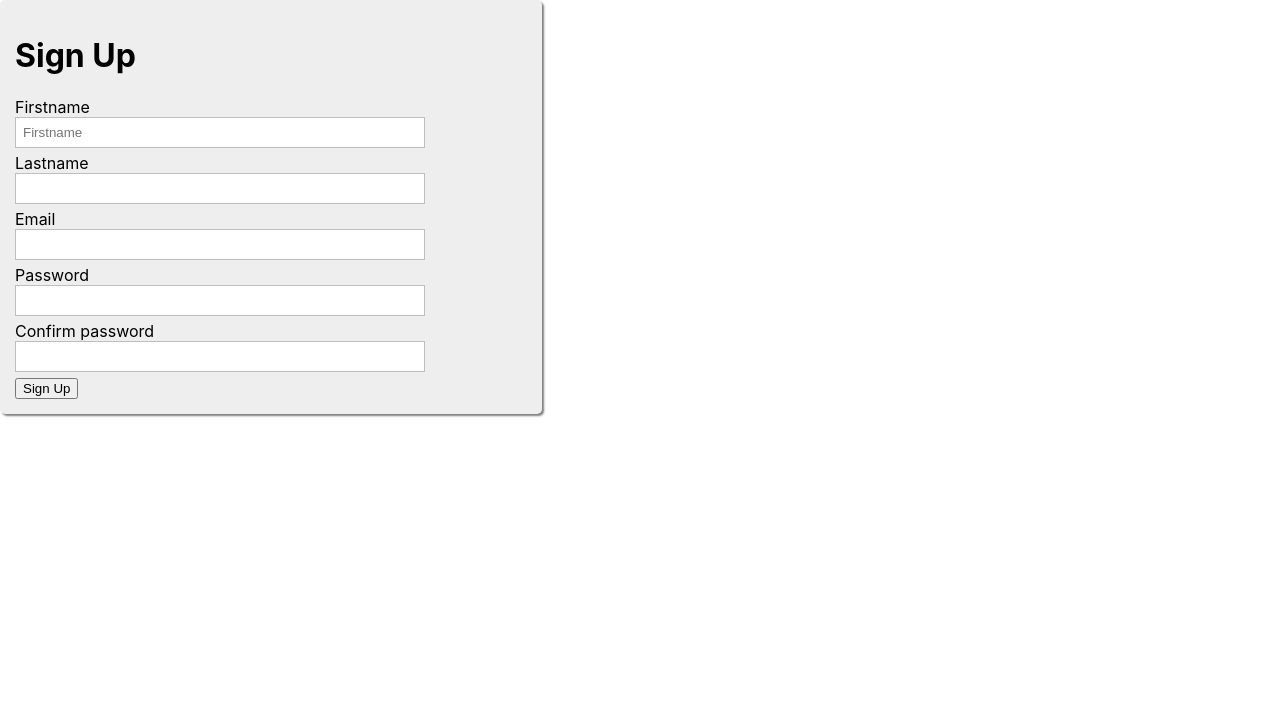
Repository: khamraeva/JSP-homework1-sighup
Page: /
These files come from the project's save history. The page is drawn as it stood at one moment and after the next save; the edit follows.
The browser window is 1280 px wide. The pictures show the whole page.
The project was rebuilt for these pictures with package versions that can differ from the ones it lists, and the page was loaded fresh each time.

Above is the page before, as saved 2020-07-22 16:49:30.

### src/App.js
import React from 'react';
import SignUp from './Components/SignUp/SignUp';
import './App.css';


function App() {
  return (
    <div className="App">
      <SignUp />
    </div>
  );
}

export default App;

### src/Components/SignUp/SignUp.js
import React, { Component } from 'react';
import './SignUp.css';

class SignUp extends Component {
    render() {
        return (
            <div className={'signup-container'}>
                <h1>Sign Up</h1>
                <form className={'signup-form'}>
                    <label>Firstname</label>
                    <input
                        className='input'
                        type='text'
                        placeholder='Firstname'
                    />
                    <label>Lastname</label>
                    <input
                        className='input'
                        type='text'
                    />
                    <label>Email</label>
                    <input
                        className='input'
                        type='text'
                    />
                    <label>Password</label>
                    <input
                        className='input'
                        type='password'
                    />
                    <label>Confirm password</label>
                    <input
                        className='input'
                        type='password'
                    />
                    <button>Sign Up</button>
                </form>
            </div>
        )
    }
}

export default SignUp

### src/App.css
.App {
    display: flex;
    justify-content: center;
    flex-direction: column;
}

### src/Components/SignUp/SignUp.css
.signup-container {
    display: flex;
    justify-content: center;
    flex-direction: column;
    padding-top: 100px;
    flex-grow: 1;
    width: 40%;
    background: #eee;
    box-shadow: 2px 2px 2px rgba(0, 0, 0, .5);
    padding: 15px;
    border-radius: 5px;
}

.signup-form {

}

.input {
    display: block;
    /* justify-content: center; */
    box-sizing: border-box;
    border: 1px solid #bebebe;
    padding: 7px;
    margin: 0 0 5px;
    width: 80%;
    outline: none;
    transition: all 300ms ease-in-out;
}

Loaded but not shown: public/index.html (common file); src/index.js (common file); src/index.css (common file); src/serviceWorker.js (common file)

After the next save:
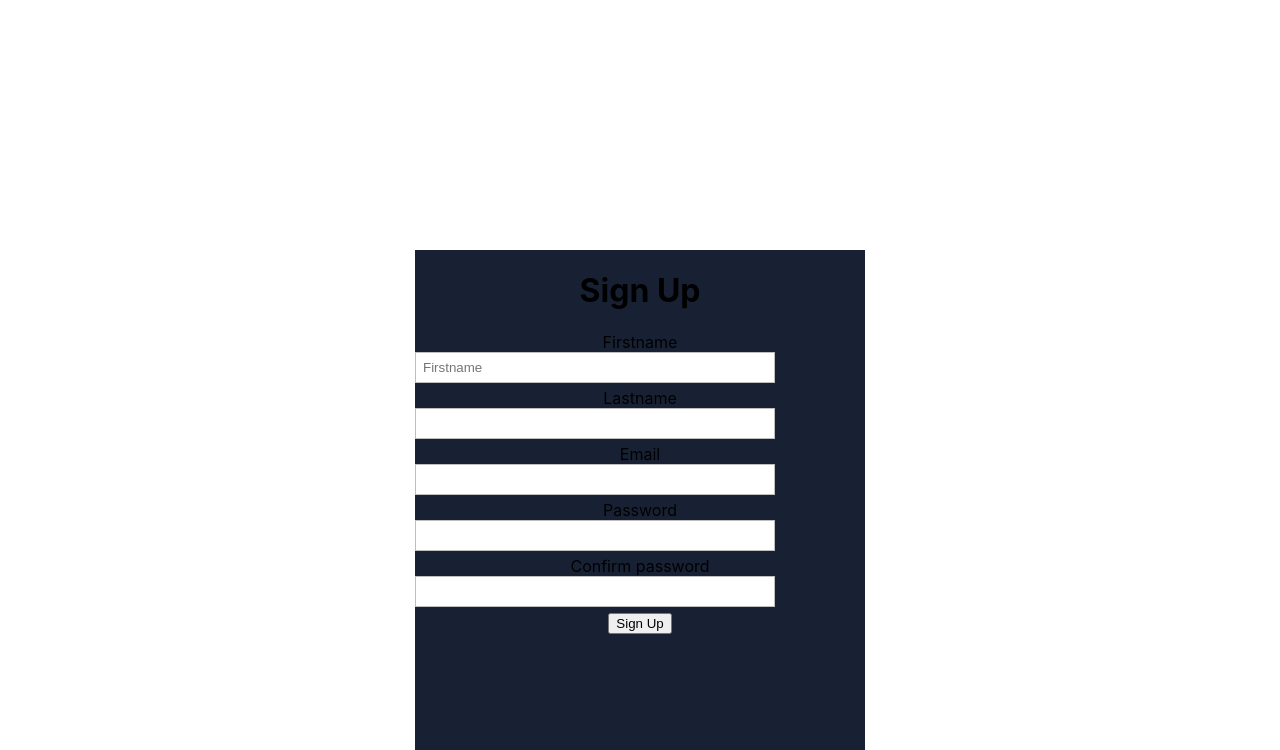
Saved 35 s later.
--- a/src/Components/SignUp/SignUp.css
+++ b/src/Components/SignUp/SignUp.css
@@ -1,5 +1,10 @@
 .signup-container {
-    display: flex;
+    width:450px;
+    height: 500px;
+    background-color: #182134;
+    margin: 250px auto 0 auto;
+    text-align: center;
+    /* display: flex;
     justify-content: center;
     flex-direction: column;
     padding-top: 100px;
@@ -8,7 +13,7 @@
     background: #eee;
     box-shadow: 2px 2px 2px rgba(0, 0, 0, .5);
     padding: 15px;
-    border-radius: 5px;
+    border-radius: 5px; */
 }
 
 .signup-form {
